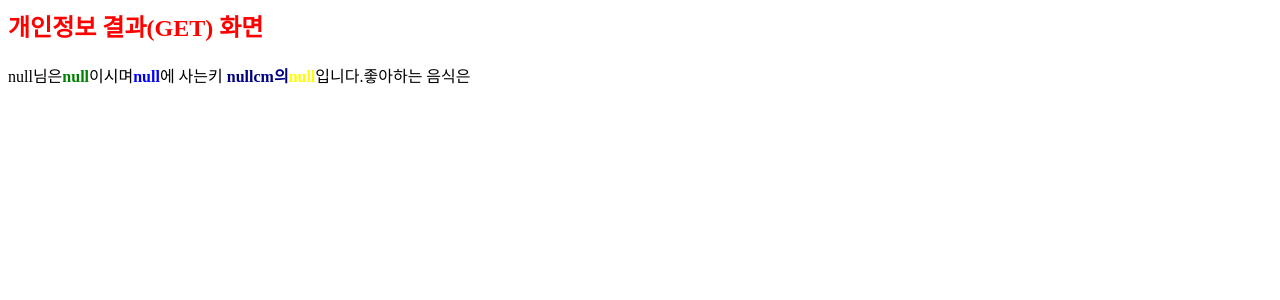
Repository: chuhj1226/servlet
Page: http://localhost/1_Servlet/test1
The author's editor kept a copy of each file at every save. The page is drawn from the files as they stood at one save, then again after the next save.
The browser window is 1280 px wide. The pictures show the whole page.
The page is served by Tomcat 9.

Above is the page before, as saved 2021-10-04 10:42:56.

After the next save:
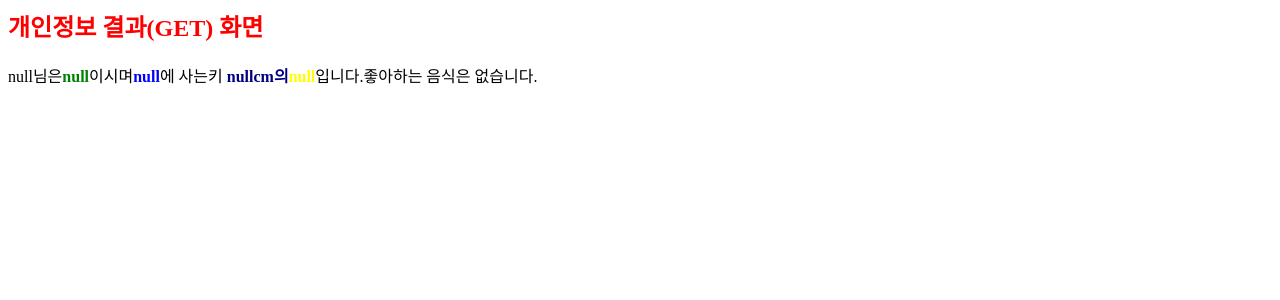
Saved 2 min 10 s later.
--- a/workspace/1_Servlet/src/com/kh/controller/TestServlet1.java
+++ b/workspace/1_Servlet/src/com/kh/controller/TestServlet1.java
@@ -96,6 +96,18 @@ public class TestServlet1 extends HttpServlet {
 		out.print("좋아하는 음식은<span class='food'>");
 		out.println("</html>");
 
+		if(foodArr != null) {
+			for(int i = 0; i<foodArr.length; i++) {
+				out.printf("%s ", foodArr[i]);
+			}
+			out.println("</span>입니다.");
+		}else {
+			out.println("</span>없습니다.");
+		}
+
+		out.println("</body>");
+		out.println("</html>");
+
 
 	}
 
